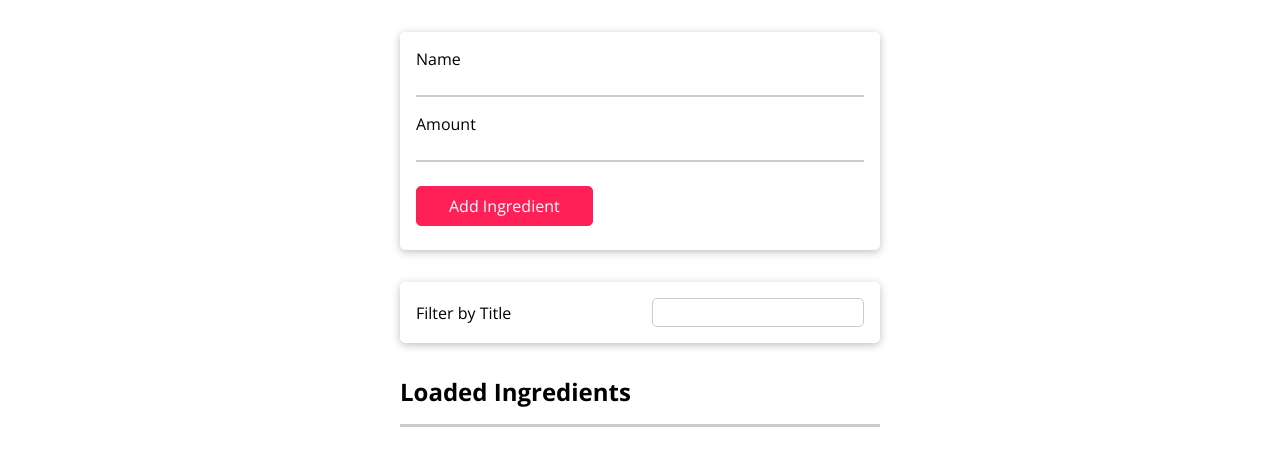
Repository: davinder-kumar/React-Hooks
Page: /
An editor plug-in stored every save of this project. The page is shown before and after the next save, followed by the edit.
The browser window is 1280 px wide. The pictures show the whole page.
The page's requests for data from a server got no answer. The project was rebuilt for these pictures with package versions that can differ from the ones it lists, and the page was loaded fresh each time. No one was signed in, and anything a server would have sent is missing. Also part of the build but not shown: src/components/UI/LoadingIndicator.css, src/components/UI/LoadingIndicator.js, src/components/UI/ErrorModal.css, src/components/UI/ErrorModal.js.

Above is the page before, as saved 2020-03-08 20:36:42.

After the next save:
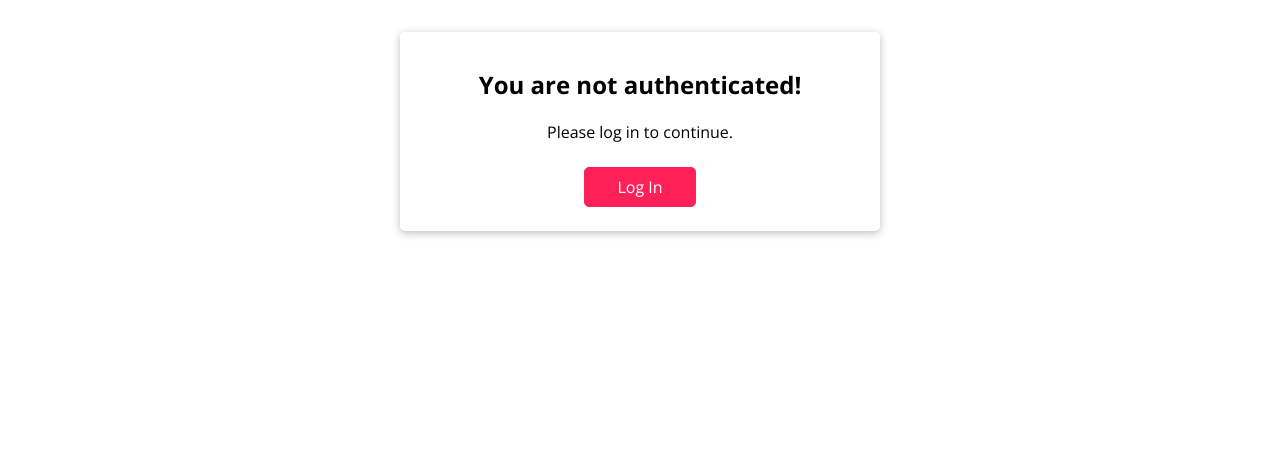
Saved 6 s later.
--- a/src/App.js
+++ b/src/App.js
@@ -3,7 +3,7 @@ import React from 'react';
 import Ingredients from './components/Ingredients/Ingredients';
 import Auth from './components/Auth'
 const App = props => {
-  return <Ingredients  />;
+  return <Auth  />;
 };
 
 export default App;
